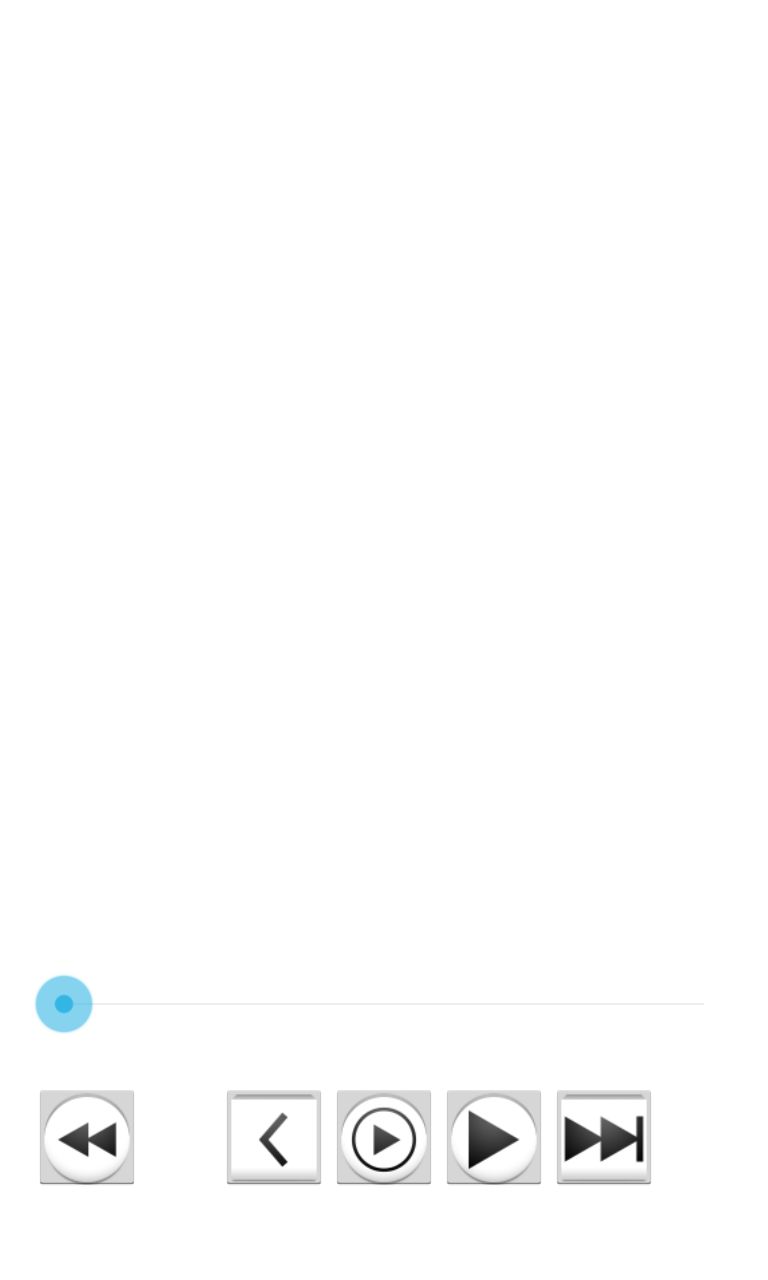
Repository: amittttt/Android-HP
Layout: HpProject/res/layout/activity_player.xml
An editor plug-in stored every save of this project. The layout is shown before and after the next save, followed by the edit.
It is drawn on a 768 x 1280 px phone screen (xhdpi) without system bars, with theme AppTheme; the app's code is not run.

Above is the layout before, as saved 2016-05-16 04:43:08.

After the next save:
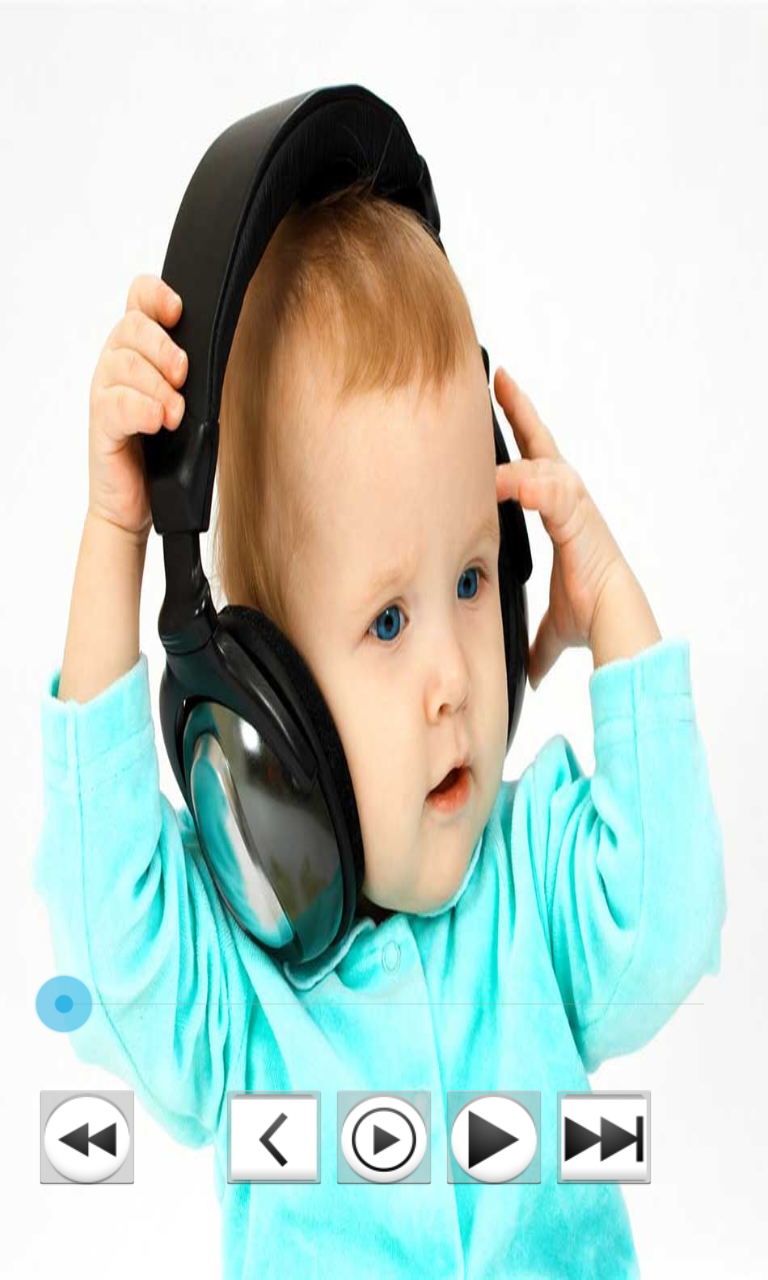
Saved 25 s later.
--- a/HpProject/res/layout/activity_player.xml
+++ b/HpProject/res/layout/activity_player.xml
@@ -7,7 +7,7 @@
     android:paddingRight="@dimen/activity_horizontal_margin"
     android:paddingTop="@dimen/activity_vertical_margin"
     tools:context=".PlayerActivity"
-    android:background="backg" >
+    android:background="@drawable/backg" >
 
     <ImageButton
         android:id="@+id/btPlay"
